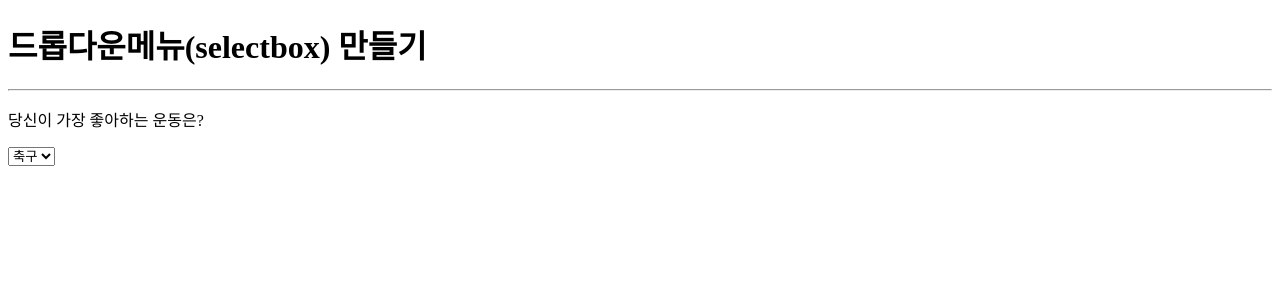
Repository: jp0301/WebStudy
Page: WebApp01/WebContent/Test026.html
An editor plug-in stored every save of this project. The page is shown before and after the next save, followed by the edit.
The browser window is 1280 px wide. The pictures show the whole page.

Above is the page before, as saved 2022-09-27 07:46:46.

After the next save:
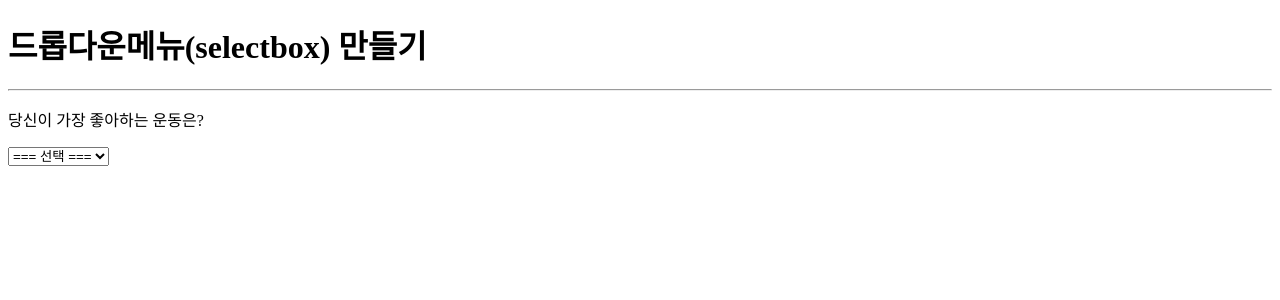
Saved 16 min 36 s later.
--- a/WebApp01/WebContent/Test026.html
+++ b/WebApp01/WebContent/Test026.html
@@ -16,6 +16,7 @@
 		<form>
 			<p>당신이 가장 좋아하는 운동은?</p>
 			<select name="selectSport">
+				<option> === 선택 === <option>
 				<option value="val1">축구</option>
 				<option value="val2">야구</option>
 				<option value="val3">농구</option>
